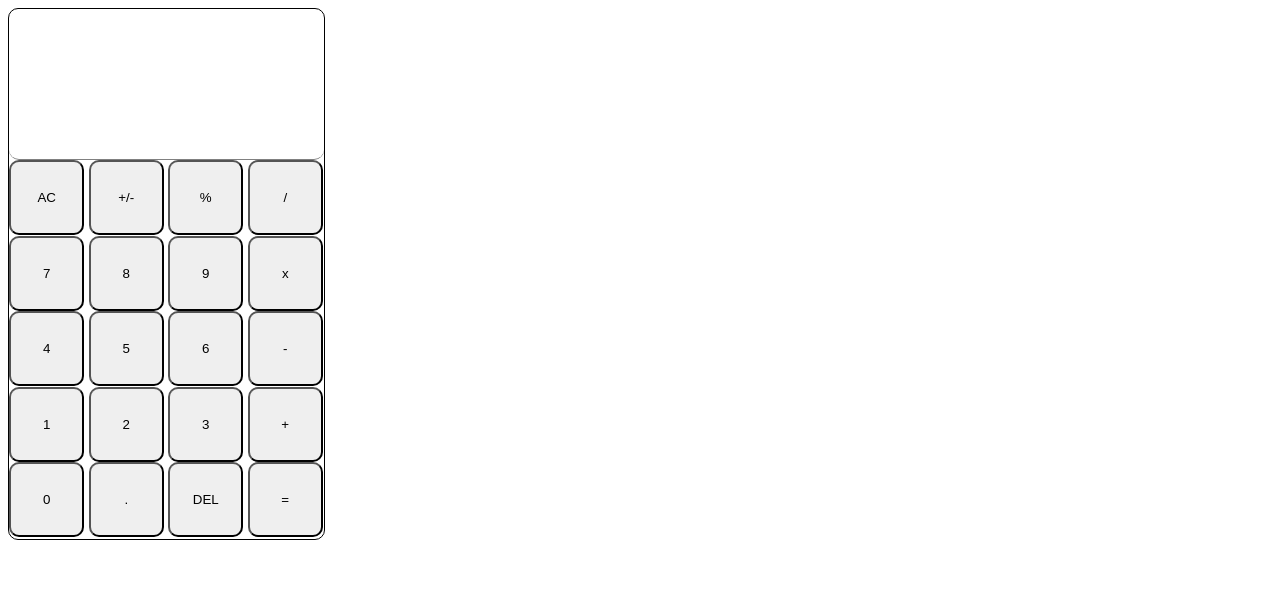
Repository: baziz22/Vanilla_JS_Projects
Page: claculator/index.html
An editor plug-in stored every save of this project. The page is shown before and after the next save, followed by the edit.
The browser window is 1280 px wide. The pictures show the whole page.

Above is the page before, as saved 2022-02-28 08:51:40.

After the next save:
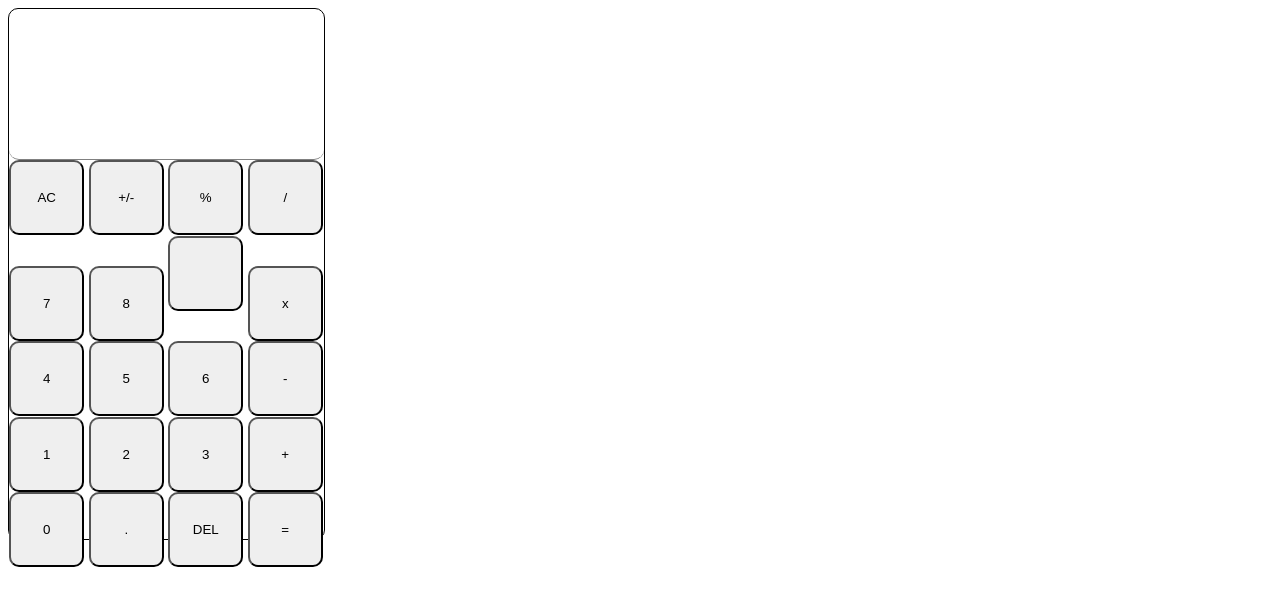
Saved 14 h 9 min later.
--- a/claculator/index.html
+++ b/claculator/index.html
@@ -18,7 +18,7 @@
         <button class="btn" id="divide">/</button>
         <button class="btn">7</button>
         <button class="btn">8</button>
-        <button class="btn" value="9">9</button>
+        <button class="btn" value="9"></button>
         <button class="btn" id="multiply">x</button>
         <button class="btn">4</button>
         <button class="btn">5</button>

After the save that followed:
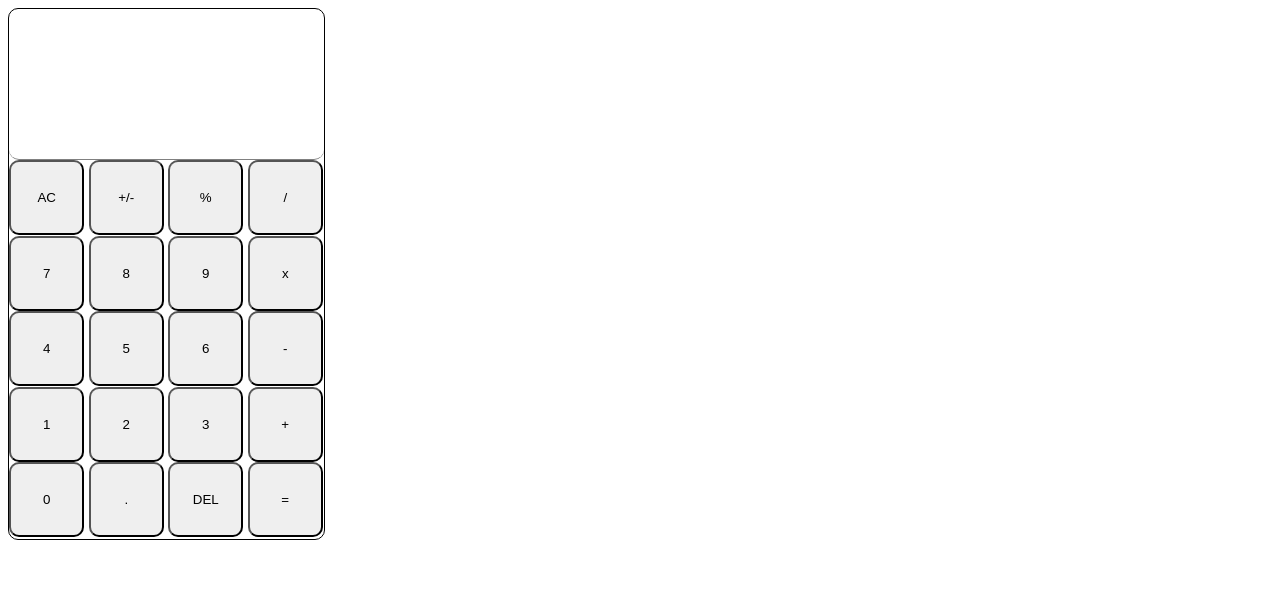
Saved 3 min 35 s later.
--- a/claculator/index.html
+++ b/claculator/index.html
@@ -13,25 +13,25 @@
       <div class="wrapper">
         <div id="output"></div>
         <button class="btn" id="ac">AC</button>
-        <button class="btn" id="negative">+/-</button>
-        <button class="btn" id="percent">%</button>
-        <button class="btn" id="divide">/</button>
-        <button class="btn">7</button>
-        <button class="btn">8</button>
-        <button class="btn" value="9"></button>
-        <button class="btn" id="multiply">x</button>
-        <button class="btn">4</button>
-        <button class="btn">5</button>
-        <button class="btn">6</button>
-        <button class="btn" id="minus">-</button>
-        <button class="btn">1</button>
-        <button class="btn">2</button>
-        <button class="btn">3</button>
-        <button class="btn" id="plus">+</button>
-        <button class="btn">0</button>
-        <button class="btn">.</button>
-        <button class="btn" id="delete">DEL</button>
-        <button class="btn" id="equal">=</button>
+        <button class="btn" value="-" id="negative">+/-</button>
+        <button class="btn" value="%" id="percent">%</button>
+        <button class="btn" value="/" id="divide">/</button>
+        <button class="btn" value="7">7</button>
+        <button class="btn" value="8">8</button>
+        <button class="btn" value="9">9</button>
+        <button class="btn" value="*" id="multiply">x</button>
+        <button class="btn" value="4">4</button>
+        <button class="btn" value="5">5</button>
+        <button class="btn" value="6">6</button>
+        <button class="btn" value="-" id="minus">-</button>
+        <button class="btn" value="1">1</button>
+        <button class="btn" value="2">2</button>
+        <button class="btn" value="3">3</button>
+        <button class="btn" value="+" id="plus">+</button>
+        <button class="btn" value="0">0</button>
+        <button class="btn" value=".">.</button>
+        <button class="btn" value="del" id="delete">DEL</button>
+        <button class="btn" value="=" id="equal">=</button>
       </div>
     </div>
   </body>
